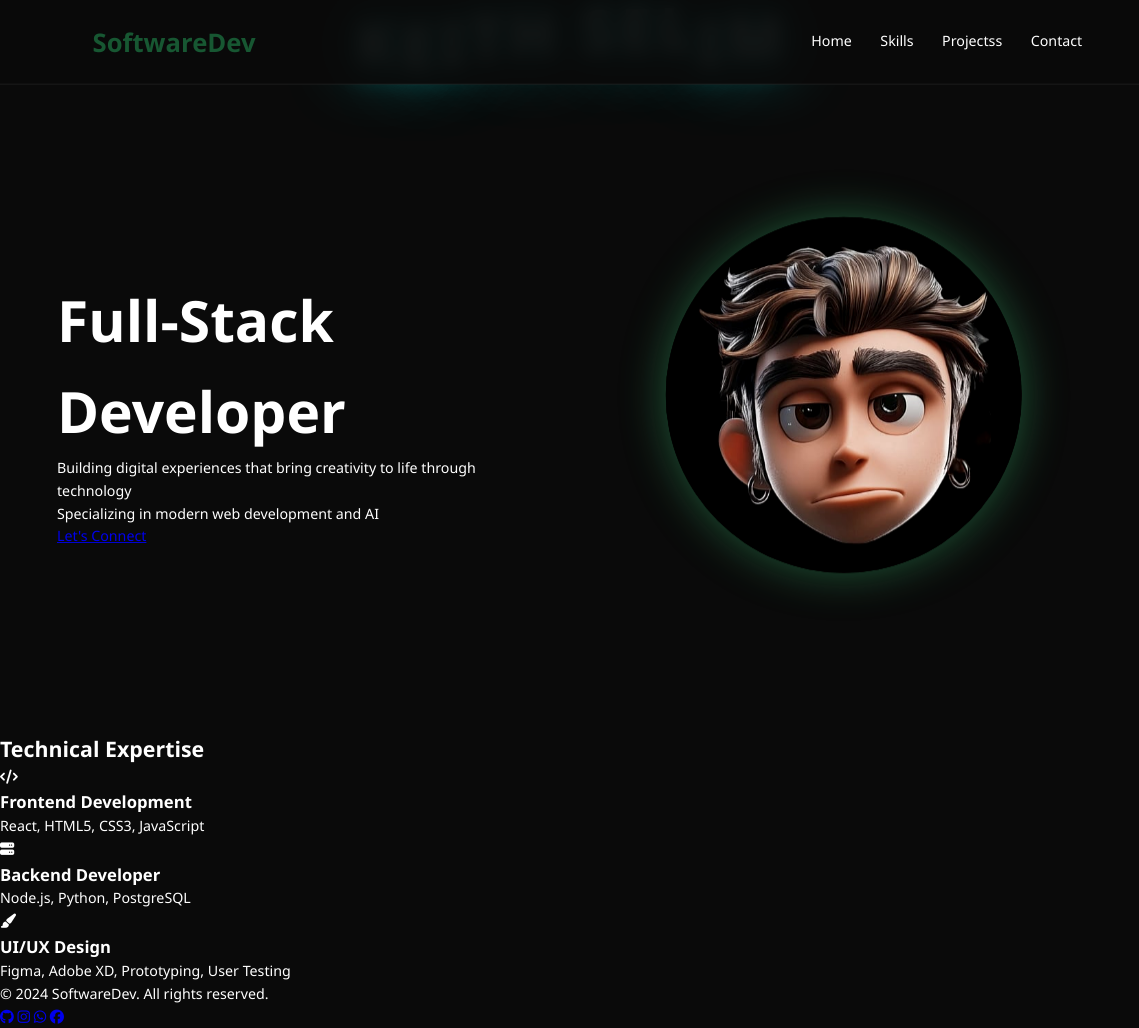
Repository: PEEZYBEE/my-personal-website
Page: index.html
An editor plug-in stored every save of this project. The page is shown before and after a run of saves, followed by the edit.
The browser window is 1280 px wide. The pictures show the whole page, at 89% of full size.

Above is the page before, as saved 2025-03-01 21:09:43.

After the next 3 saves:
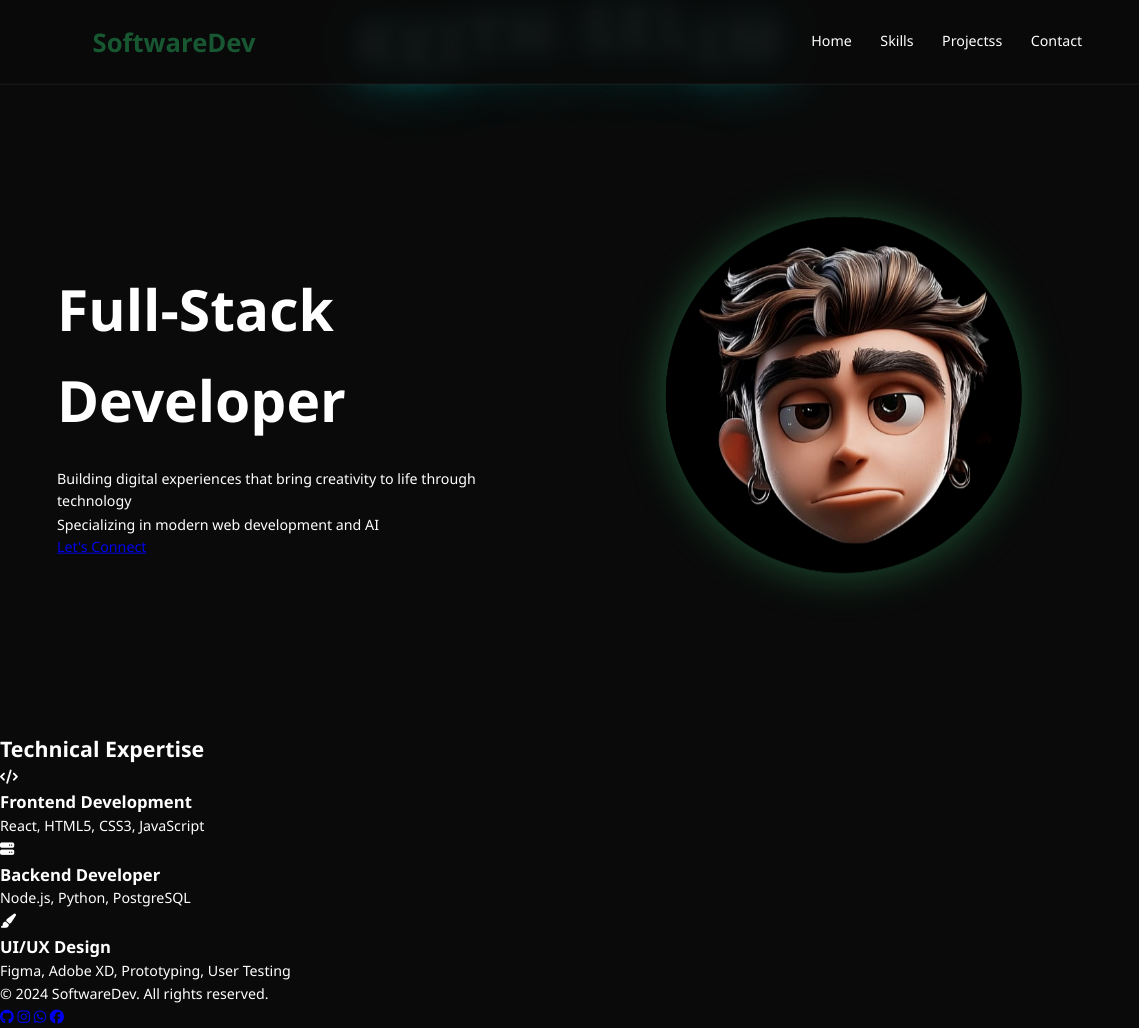
The 3 saves are shown as one change because they came seconds apart.
The last was saved 10 s later.
--- a/style.css
+++ b/style.css
@@ -161,5 +161,6 @@ body{
 
 .hero h1 {
     font-size: 4rem;
-    margin-bottom: ;
+    margin-bottom: 1.5rem;
+
 }
